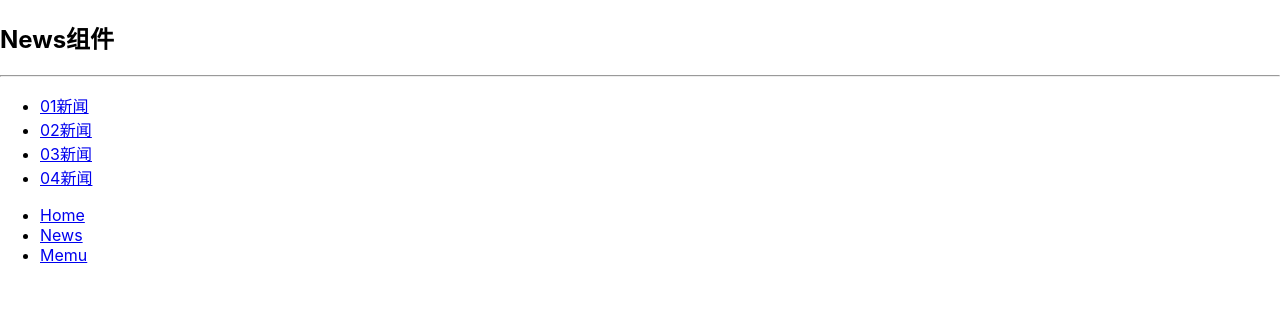
Repository: zhenzhen-gong/react-learning
Page: /news
These files come from the project's save history. The page is drawn as it stood at one moment and after the next save; the edit follows.
The browser window is 1280 px wide. The pictures show the whole page.
The project was rebuilt for these pictures with package versions that can differ from the ones it lists, and the page was loaded fresh each time. Also part of the build but not shown: src/component/routerTest/home.js, src/component/routerTest/memu.js.

Above is the page before, as saved 2021-04-18 15:49:42.

After the next save:
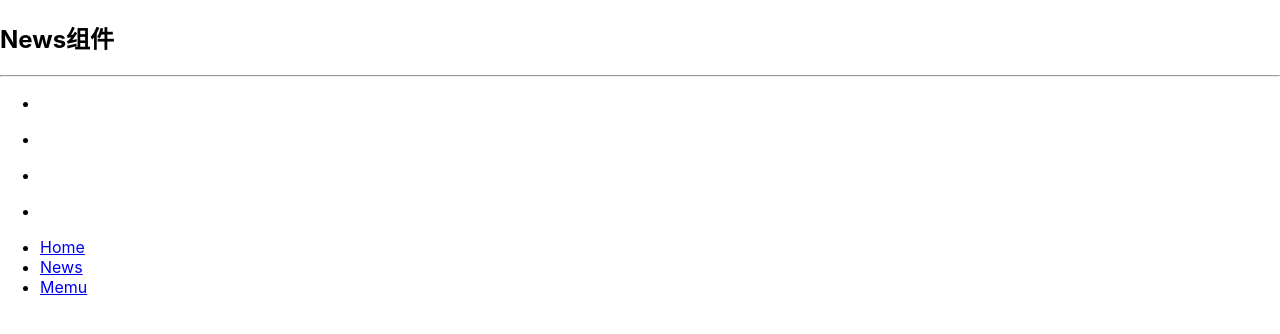
Saved 67 s later.
--- a/src/component/routerTest/news.js
+++ b/src/component/routerTest/news.js
@@ -1,5 +1,7 @@
 import React, {Component} from 'react'
 import { Link } from "react-router-dom";
+
+import NewsContent from './newsContent'
 
 
 class News extends Component {
@@ -28,9 +30,6 @@ class News extends Component {
         }
     }
 
-    componentDidMount = ()=>{
-        console.log(this.props)
-    }
 
     render() {
         return (
@@ -41,7 +40,7 @@ class News extends Component {
                     {
                         this.state.list.map((value, key) => {
                             return <li key={key}>
-                                <Link to={`/news/${value.api}`}>{value.title}</Link>
+                                <Link to={`/news/${value.api}`} component={NewsContent}>{value.title}</Link>
                             </li>
                         })
                     }
